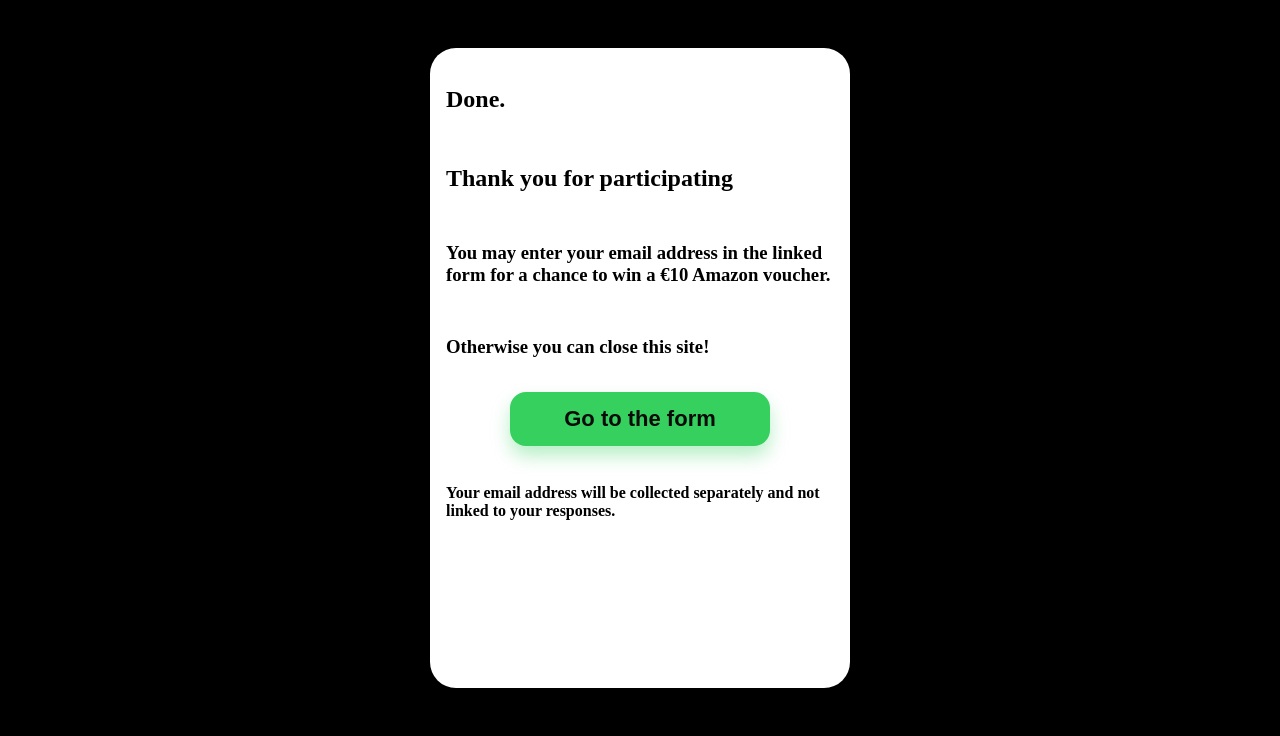
Repository: alexibri/ba_decision_study
Page: /end
The author's editor kept a copy of each file at every save. The page is drawn from the files as they stood at one save, then again after a run of saves.
The browser window is 1280 px wide. The pictures show the whole page.
The page's requests for data from a server got no answer. The project was rebuilt for these pictures with package versions that can differ from the ones it lists, and the page was loaded fresh each time. No one was signed in, and anything a server would have sent is missing. Also part of the build but not shown: vite.config.js, src/lib/assignment/group.js, src/lib/db/supabase-client.js, src/lib/db/runs.js, src/pages/Start.jsx, src/lib/db/responses.js, src/lib/hooks/useResponseTracker.js, src/scenarios/Scenario1/S1Dark1.jsx and 10 more.

Above is the page before, as saved 2026-02-11 16:49:49.

### index.html
<!doctype html>
<html lang="en">
  <head>
    <meta charset="UTF-8" />
    <link rel="icon" type="image/svg+xml" href="/vite.svg" />
    <meta name="viewport" content="width=device-width, initial-scale=1.0" />
    <title>ba_decision_study</title>
  </head>
  <body>
    <div id="root"></div>
    <script type="module" src="/src/main.jsx"></script>
  </body>
</html>

### src/main.jsx
import { StrictMode } from 'react'
import { createRoot } from 'react-dom/client'
import App from './App.jsx'
import { BrowserRouter } from "react-router-dom"

createRoot(document.getElementById('root')).render(
  <StrictMode>
    <BrowserRouter>
      <App />
    </BrowserRouter>
  </StrictMode>,
)

### src/App.jsx
import { Routes, Route, Navigate } from "react-router-dom"
import Start from './pages/Start'
import Scenario from './pages/Scenario'
import End from './pages/End'

function App() {
  return (
    <>
      <main className="main-content">
        <Routes>
          <Route path="/" element={<Start />} />
          <Route path="/scenario/:sid/step/:stepid" element={<Scenario />} />
          <Route path="/end" element={<End />} />

          <Route path="*" element={<Navigate to="/" replace />} />
        </Routes>
      </main>
    </>
  )
}
export default App

### src/pages/End.jsx
import "../css/Start.css"

export default function End() {

    function forwardBtn() {
        window.open("https://forms.cloud.microsoft/e/TterNuyt86")
    }

    return <div>
        <div className="end">
            <div className="s1screen">
                <div className="s1card">
                    <h2>Done.</h2>
                    <h2>Thank you for participating</h2>
                    <h3>You may enter your email address in the linked form for a chance to win a €10 Amazon voucher.</h3>
                    <h3>Otherwise you can close this site!</h3>
                    <div className="stack">

                        <div className="s1buttonPopUp">
                            <button className="s1accept" onClick={forwardBtn}>
                                Go to the form
                            </button>
                        </div>
                    </div>
                    <h4>Your email address will be collected separately and not linked to your responses.</h4>
                </div>

            </div>
        </div>
    </div>
}

### src/css/Start.css
* {
  box-sizing: border-box;
}

.s1screen {
  min-height: 100vh;
  background: #000;
  display: flex;
  justify-content: center;
  padding: 18px 14px;
}

.s1card {
  width: 100%;
  max-width: 420px;
  background: #fff;
  border-radius: 26px;
  padding: 18px 16px 16px;
  display: flex;
  flex-direction: column;
  gap: 12px;
}

.s1card h1 {
  margin: 6px 0 4px;
  text-align: center;
  font-size: 44px;
  font-weight: 900;
  letter-spacing: -1px;
}

.innerCard {
  background: #efefef;
  border-radius: 28px;
  padding: 18px 18px 22px;
  display: flex;
  flex-direction: column;
  gap: 18px;
  min-height: 72vh;
}

.s1cardHeader {
  display: flex;
  align-items: center;
  gap: 14px;
  padding-top: 6px;
  font-weight: 800;
}


.s1cardHeader:first-child svg {
  background: #ddd;
  border-radius: 999px;
  padding: 10px;
  width: 56px;
  height: 56px;
}

.s1cardHeader h2 {
  margin: 0;
  font-size: 20px;
  font-weight: 900;
  line-height: 1.1;
}

.s1cardHeader p {
  display: none;
}

.question {
  font-weight: 900;
  font-size: 25px;
}

.accountRow {
  display: flex;
  flex-direction: column;
  gap: 4px;
}

.accountRow .label {
  font-size: 20px;
  font-weight: 900;
}

.accountRow .value {
  font-size: 22px;
  font-weight: 900;
}

.infoBlock {
  display: flex;
  flex-direction: column;
  gap: 4px;
  font-weight: 900;
}

.infoBlock .label {
  font-size: 20px;
}

.infoBlock .value {
  font-size: 22px;
}

.s1button {
  margin-top: auto;
  display: flex;
  flex-direction: row;
  gap: 12px;
}

.s1buttonPopUp {
  display: flex;
  flex-direction: row;
  gap: 12px;
  padding: 1%;
  align-items: center;
  justify-content: center;
}

.s1button button {
  width: 100%;
  border: none;
  border-radius: 999px;
  padding: 14px 18px;
  font-size: 18px;
  font-weight: 900;
  cursor: pointer;
}

.btnSecondary {
  background: #6f6f6f;
  color: #fff;
}

.s1accept {
  background: #35d05e;
  color: #0b0b0b;
  box-shadow: 0 10px 18px rgba(53, 208, 94, 0.28);
}

.s1accept:active,
.btnSecondary:active {
  transform: translateY(1px);
}

.popUp {
  background: lightgray;
  flex: 1;
  border-radius: 26px;
  padding: 5%;

  display: flex;
  flex-direction: column;
  gap: 12px;

}

@media (min-width: 900px) {
  .s1screen {
    padding: 40px 16px;
  }

  .innerCard {
    min-height: 640px;
  }
}

.fade-in {
  animation: fadeIn 440ms ease-out both;
}

@keyframes fadeIn {
  from {
    transform: translateY(1px);
  }

  to {
    transform: translateY(0);
  }
}

### src/css/scenario1.css
* {
  box-sizing: border-box;
}

.s1screen {
  min-height: 100vh;
  outline: 10px solid black;
  background: #000000;

  display: flex;
  flex-direction: column;
  align-items: center;
}

.s1screen h1 {
  margin: 10px 0 0;
}

.s1card {
  width: 100%;
  max-width: 420px;
  background: #fff;
  border-radius: 26px;
  padding: 18px 16px 16px;
  display: flex;
  flex-direction: column;
  gap: 12px;
}

.s1cardInner {
  width: 100%;
  background: #35d05e;
  display: flex;
}

.s1cardHeader {
  display: flex;
  justify-content: center;
  padding-bottom: 3%;
  padding-top: 5%;
  font-weight: bold;
}

.s1subtitle {
  margin: 0;
  font-size: 22px;
}

.s1transitionSubtitle {
  font-size: 40px;
}

.s1button {
  display: flex;
  justify-content: center;
}

.s1accept {
  width: 70%;
  max-width: 260px;
  padding: 14px 18px;
  border: none;
  border-radius: 16px;
  background: #35d05e;
  color: #0b0b0b;
  font-size: 22px;
  font-weight: 900;
  cursor: pointer;
  box-shadow: 0 10px 18px rgba(53, 208, 94, 0.35);
}

.s1accept:active {
  transform: translateY(1px);
}

.s1scroll {
  flex: 1;
  overflow: auto;
  font-size: 12px;
  line-height: 1.45;
  color: #2c2c2c;
  padding-right: 6px;
}

.s1scroll::-webkit-scrollbar {
  width: 8px;
}

.s1scroll::-webkit-scrollbar-thumb {
  background: #cfcfcf;
  border-radius: 999px;
}

.s1scroll::-webkit-scrollbar-track {
  background: transparent;
}

.s1buttons {
  display: flex;
  justify-content: center;
  margin-top: 2px;
}

.s1termsAndConditions {
  align-self: flex-start;
  border: none;
  background: transparent;
  color: #4b4b4b;
  font-size: 12px;
  font-weight: 600;
  cursor: pointer;
  padding: 6px 8px;
  opacity: 0.85;
}

.s1termsAndConditions:hover {
  opacity: 1;
  text-decoration: underline;
}

.s1decline {
  align-self: flex-start;
  border: none;
  background: transparent;
  color: #4b4b4b;
  font-size: 9px;
  font-weight: 600;
  cursor: pointer;
  padding: 6px 8px;
  opacity: 0.85;
}

.s1accept:focus-visible,
.s1termsAndConditions:focus-visible,
.s1decline:focus-visible {
  outline: 3px solid rgba(0, 0, 0, 0.35);
  outline-offset: 3px;
}

@media (min-width: 900px) {
  .s1screen {
    padding: 40px 16px;
  }

  .s1card {
    min-height: 640px;
  }
}

.fade-in {
  animation: fadeIn 440ms ease-out both;
}

@keyframes fadeIn {
  from {
    transform: translateY(1px);
  }

  to {
    transform: translateY(0);
  }
}

### src/css/scenario2.css
* {
  box-sizing: border-box;
}

.s2screen {
  min-height: 100vh;
  outline: 10px solid black;
  background: #000000;

  display: flex;
  flex-direction: column;
  align-items: center;
}

.s2card {
  width: 100%;
  max-width: 420px;
  background: #fff;
  border-radius: 26px;
  padding: 18px 16px 16px;
  display: flex;
  flex-direction: column;
  gap: 12px;
}

.s2card h1 {
  margin: 6px 0 4px;
  text-align: center;
  font-size: 44px;
  font-weight: 900;
  letter-spacing: -1px;
}


.s2cardInner {
  width: 100%;
  background: #35d05e;
  display: flex;
}

.s2cardHeader {
  display: flex;
  justify-content: center;
  padding-bottom: 3%;
  padding-top: 5%;
  font-weight: bold;
}

.s2cardStack {
  display: flex;
  flex-direction: column;
  gap: 25px;
  padding: 10%;
  align-items: center;
}

.s2subtitle {
  margin: 0;
  font-size: 10px;
}

.s2transitionSubtitle {
  font-size: 40px;
}

.s2button {
  display: flex;
  justify-content: center;
  padding: 2%;
}

.s2accept {
  width: 70%;
  max-width: 260px;
  padding: 14px 18px;
  border: none;
  border-radius: 16px;
  background: #35d05e;
  color: #0b0b0b;
  font-size: 22px;
  font-weight: 900;
  cursor: pointer;
  box-shadow: 0 10px 18px rgba(53, 208, 94, 0.35);
}

.s2accept:active {
  transform: translateY(1px);
}

.s2scroll {
  flex: 1;
  overflow: auto;
  font-size: 12px;
  line-height: 1.45;
  color: #2c2c2c;
  padding-right: 6px;
}

.s2scroll::-webkit-scrollbar {
  width: 8px;
}

.s2scroll::-webkit-scrollbar-thumb {
  background: #cfcfcf;
  border-radius: 999px;
}

.s2scroll::-webkit-scrollbar-track {
  background: transparent;
}

.s2buttons {
  display: flex;
  justify-content: center;
  margin-top: 2px;
}

.s2decline {
  align-self: flex-start;
  border: none;
  background: transparent;
  color: #4b4b4b;
  font-size: 9px;
  font-weight: 600;
  cursor: pointer;
  padding: 6px 8px;
  opacity: 0.85;
}

.s2accept:focus-visible,
.s2termsAndConditions:focus-visible,
.s2decline:focus-visible {
  outline: 3px solid rgba(0, 0, 0, 0.35);
  outline-offset: 3px;
}

@media (min-width: 900px) {
  .s2screen {
    padding: 40px 16px;
  }

  .s2card {
    min-height: 640px;
  }
}

.fade-in {
  animation: fadeIn 440ms ease-out both;
}

@keyframes fadeIn {
  from {
    transform: translateY(1px);
  }

  to {
    transform: translateY(0);
  }
}

### src/css/scenario3.css
* {
  box-sizing: border-box;
}

.s3screen {
  outline: 10px solid black;
  min-height: 100vh;
  background: #000;
  display: flex;
  justify-content: center;
  padding: 18px 14px;
}

.s3card {
  width: 100%;
  max-width: 420px;
  background: #fff;
  border-radius: 26px;
  padding: 18px 16px 16px;
  display: flex;
  flex-direction: column;
  gap: 12px;
}

.s3card h1 {
  margin: 6px 0 4px;
  text-align: center;
  font-size: 44px;
  font-weight: 900;
  letter-spacing: -1px;
}

.s3innerCard {
  background: #efefef;
  border-radius: 28px;
  padding: 18px 18px 22px;
  display: flex;
  flex-direction: column;
  gap: 18px;
  min-height: 72vh;
}

.s3cardHeader {
  display: flex;
  align-items: center;
  gap: 14px;
  padding-top: 6px;
  font-weight: 800;
}

.s3cardHeader:first-child svg {
  background: #ddd;
  border-radius: 999px;
  padding: 10px;
  width: 56px;
  height: 56px;
}

.s3cardHeader h2 {
  margin: 0;
  font-size: 20px;
  font-weight: 900;
  line-height: 1.1;
}

.s3cardHeader p {
  display: none;
}


.s3question {
  font-weight: 900;
  font-size: 25px;
}

.s3accountRow {
  display: flex;
  flex-direction: column;
  gap: 4px;
}

.s3accountRow .label {
  font-size: 20px;
  font-weight: 900;
}

.s3accountRow .value {
  font-size: 22px;
  font-weight: 900;
}

.s3infoBlock {
  display: flex;
  flex-direction: column;
  gap: 4px;
  font-weight: 900;
}

.s3infoBlock .label {
  font-size: 20px;
}

.s3infoBlock .value {
  font-size: 22px;
}

.s3button {
  margin-top: auto;
  display: flex;
  flex-direction: row;
  gap: 12px;
}

.s3buttonPopUp {
  display: flex;
  flex-direction: row;
  gap: 12px;
  padding: 1%;
  align-items: center;
  justify-content: center;
}

.s3buttonPopUp button,
.s3button button {
  width: 100%;
  border: none;
  border-radius: 999px;
  padding: 14px 18px;
  font-size: 18px;
  font-weight: 900;
  cursor: pointer;
}

.s3btnSecondary {
  background: #6f6f6f;
  color: #fff;
}

.s3accept {
  background: #35d05e;
  color: #0b0b0b;
  box-shadow: 0 10px 18px rgba(53, 208, 94, 0.28);
}

.s3accept:active,
.s3btnSecondary:active {
  transform: translateY(1px);
}

.s3popUp {
  background: lightgray;
  flex: 1;
  border-radius: 26px;
  padding: 5%;

  display: flex;
  flex-direction: column;
  gap: 12px;

}

@media (min-width: 900px) {
  .s3screen {
    padding: 40px 16px;
  }

  .s3innerCard {
    min-height: 640px;
  }
}

.fade-in {
  animation: fadeIn 440ms ease-out both;
}

@keyframes fadeIn {
  from {
    transform: translateY(1px);
  }

  to {
    transform: translateY(0);
  }
}

After the next 5 saves:
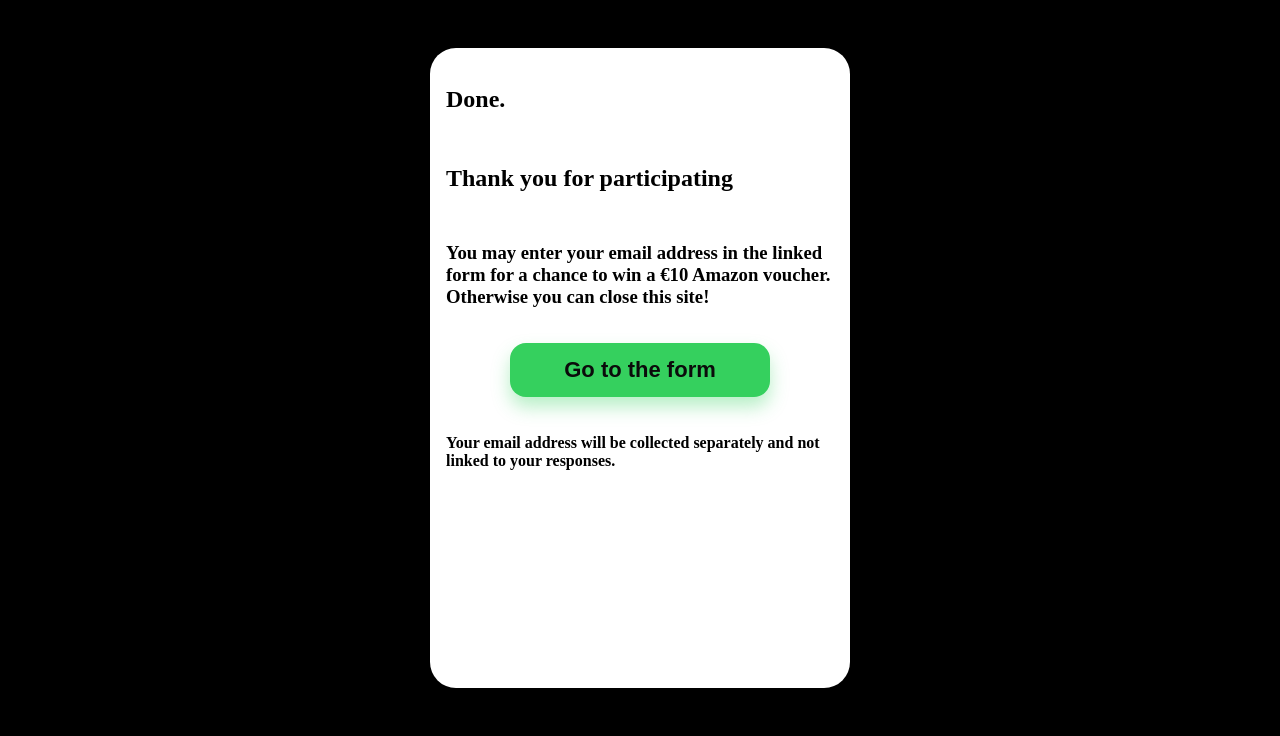
The 5 saves are shown as one change because they came seconds apart.
The last was saved 17 s later.
--- a/src/pages/End.jsx
+++ b/src/pages/End.jsx
@@ -12,8 +12,10 @@ export default function End() {
                 <div className="s1card">
                     <h2>Done.</h2>
                     <h2>Thank you for participating</h2>
-                    <h3>You may enter your email address in the linked form for a chance to win a €10 Amazon voucher.</h3>
-                    <h3>Otherwise you can close this site!</h3>
+                    <h3>
+                        You may enter your email address in the linked form for a chance to win a €10 Amazon voucher.
+                        Otherwise you can close this site!
+                    </h3>
                     <div className="stack">
 
                         <div className="s1buttonPopUp">
